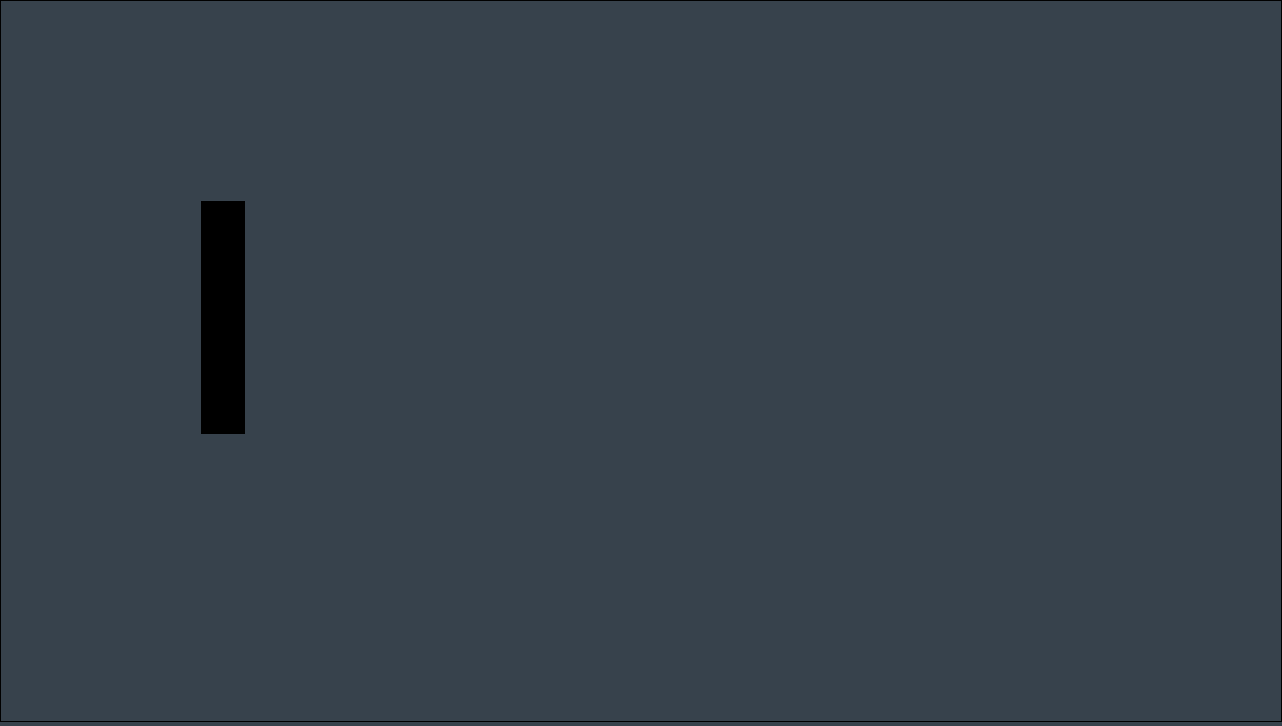
Repository: randy918/chris-canvas-52323
Page: index.html
The author's editor kept a copy of each file at every save. The page is drawn from the files as they stood at one save, then again after the next save.
The browser window is 1280 px wide. The page is 1282 px wide, then 1280 px, then 1282 px, so the pictures cover 1282 px, including what lies to the right of the window. The pictures show the whole page.
The style sheet was rebuilt from its Sass, Less or Tailwind sources for each picture, by a compiler version that may differ from the author's.

Above is the page before, as saved 2023-05-24 13:45:25.

After the next save:
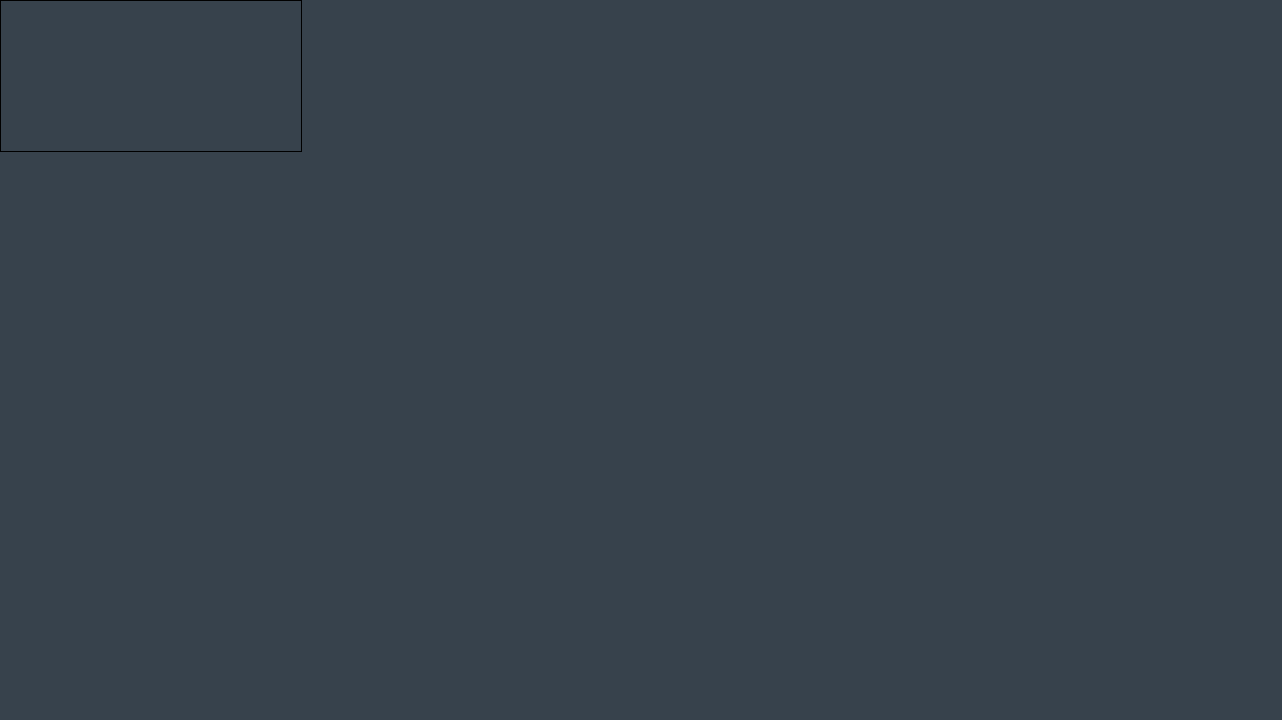
Console error: SyntaxError: Unexpected token ','
Saved 7 s later.
--- a/js/index.js
+++ b/js/index.js
@@ -27,7 +27,7 @@
 
     //line
     c.beginPath();
-
+    c.moveTo(,);
 
 
 

After the 2 saves that followed:
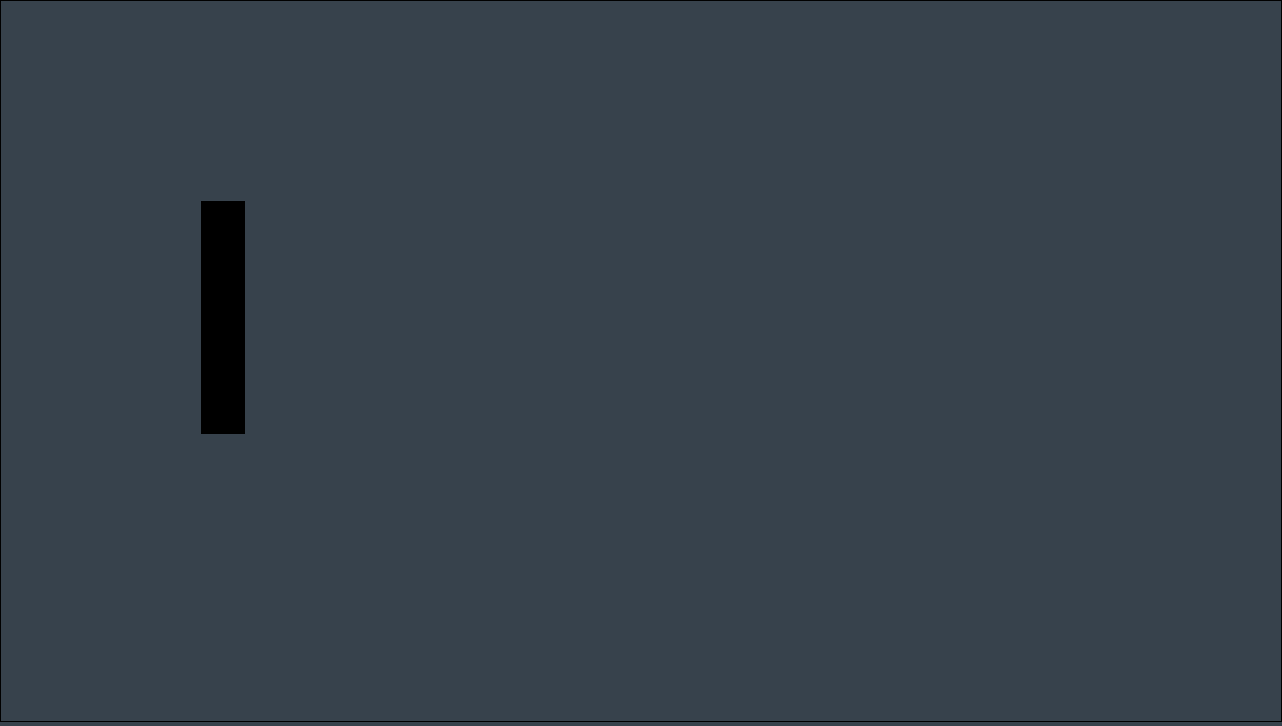
The error is gone.
The 2 saves are shown as one change because they came seconds apart.
The last was saved 34 s later.
--- a/js/index.js
+++ b/js/index.js
@@ -27,7 +27,7 @@
 
     //line
     c.beginPath();
-    c.moveTo(,);
+    c.moveTo(50,300);
 
 
 
